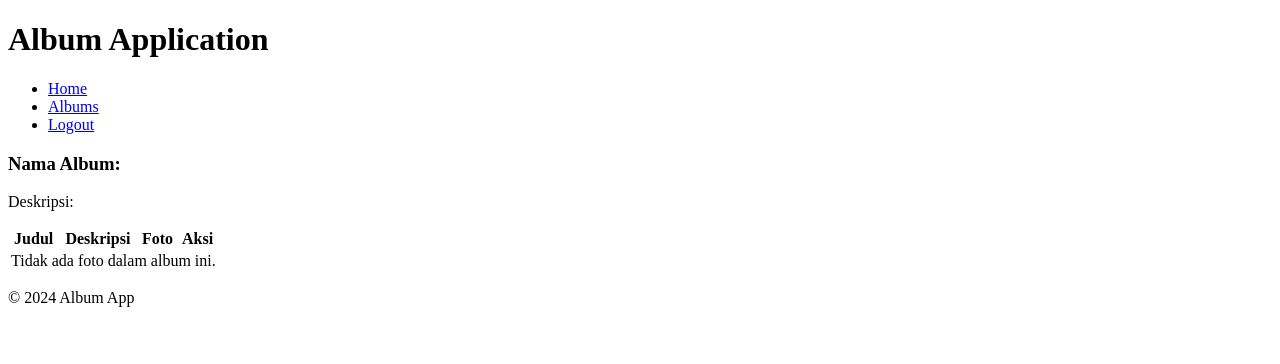
Repository: daffa-alif/snapgram
Page: http://localhost/photos
These files come from the project's save history. The page is drawn as it stood at one moment and after the next save; the edit follows.
The browser window is 1280 px wide. The pictures show the whole page.
The page is served by the project's Laravel application, run on PHP 8.4 with Laravel 12. A made-up administrator, Test User (test@example.com), is signed in. Queries for data that is not in the repository find no rows.

Above is the page before, as saved 2024-10-18 13:48:53.

After the next save:
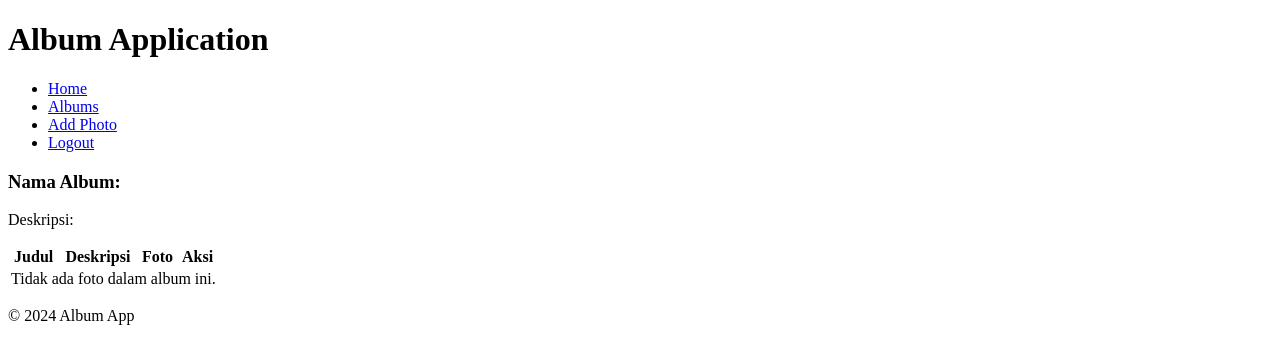
Saved 56 s later.
--- a/resources/views/layouts/app.blade.php
+++ b/resources/views/layouts/app.blade.php
@@ -16,6 +16,7 @@
                 <ul>
                     <li><a href="{{ route('home') }}">Home</a></li>
                     <li><a href="{{ route('albums.index') }}">Albums</a></li>
+                    <li><a href="{{ route('photos.create') }}">Add Photo</a></li> <!-- New link for photos -->
                     <li><a href="{{ route('logout') }}">Logout</a></li>
                 </ul>
             </nav>
